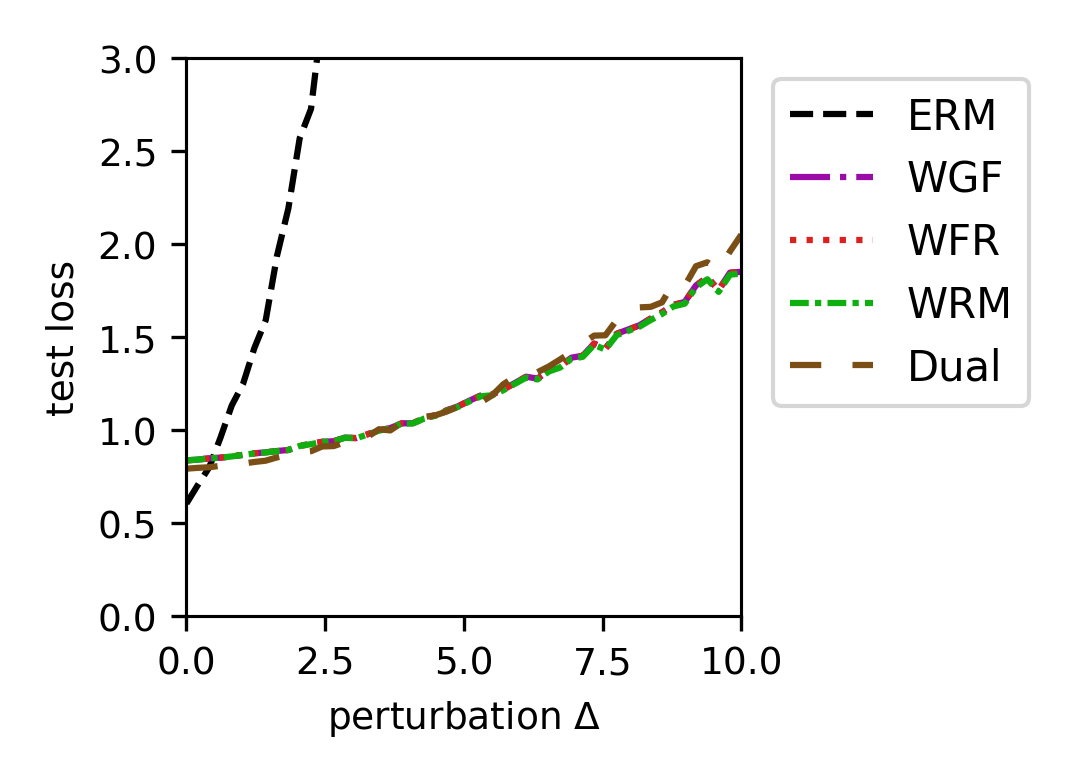
Repository: ZusenXu/GFS-DRO
Script's output: python uncertain_least_squares/uncertain_least_squares.py
The author's editor kept a copy of each file at every save. The script's output is drawn from the files as they stood at one save, then again after the next save.
Random numbers start from a fixed seed.

Above is the script's output before, as saved 2025-09-26 19:44:19.

### uncertain_least_squares/uncertain_least_squares.py
import numpy as np
import matplotlib.pyplot as plt
from scipy.optimize import minimize
from scipy.special import logsumexp

# --- Experiment Setup & Parameter Definitions ---
# Define the problem's dimensions
DIM_M = 10  # Number of rows for matrix A
DIM_N = 10  # Number of columns for matrix A (dimension of theta)

# Define the number of training/test samples
N_TRAIN_SAMPLES = 10
N_TEST_SAMPLES = 1000

# Define the perturbation range for distribution shift
DELTA_MIN = 0.0
DELTA_MAX = 10.0
DELTA_STEPS = 50

# --- DRO Algorithm Hyperparameters ---
N_EPOCHS = 50 # Number of iterations for the outer optimization
LEARNING_RATE = 0.01 # Learning rate for the outer optimization of theta
LAMBDA_VAL = 0.1 # Regularization parameter lambda
EPSILON = 1 # Entropy regularization parameter epsilon
GRAD_CLIP_THRESHOLD = 100.0 # Gradient clipping threshold to prevent explosion

# WGF (Algorithm 3), WFR (Algorithm 4), WRM Specific Parameters
K_INNER_STEPS = 100  # Number of inner loop iterations K
INNER_STEP_SIZE = 0.01 # Inner loop step size eta
WFR_WEIGHT_STEP_SIZE = 0.16 # Step size for weight updates in WFR

# WGF, WFR, RGO Specific Parameters
M_PARTICLES = 8 # Number of particles (samples) used

# Dual Method Specific Parameters
SINKHORN_SAMPLE_LEVEL = 4 # Monte Carlo sampling level for the Dual method

# --- Generate a Fixed Problem Instance ---
np.random.seed(219)
A0 = np.random.randn(DIM_M, DIM_N)
A1 = np.random.randn(DIM_M, DIM_N)
b = np.random.randn(DIM_M)

# --- Data Generation Functions ---
def generate_training_data(n_samples):
    """Generates training data."""
    return np.random.uniform(-0.5, 0.5, n_samples)

def generate_test_data(n_samples, delta):
    """Generates test data with a distributional shift."""
    lower_bound = -0.5 * (1 + delta)
    upper_bound = 0.5 * (1 + delta)
    return np.random.uniform(lower_bound, upper_bound, n_samples)

# --- Core Function Definitions (Vectorized) ---
def loss_function(theta, z):
    """ Computes the loss f_theta(z) for a single sample or a batch of samples z. """
    z = np.atleast_1d(z)
    # A_z shape: (num_z, DIM_M, DIM_N)
    A_z = A0[np.newaxis, :, :] + z[:, np.newaxis, np.newaxis] * A1[np.newaxis, :, :]
    # residual shape: (num_z, DIM_M)
    residual = A_z @ theta - b[np.newaxis, :]
    # loss shape: (num_z,)
    loss = np.sum(residual**2, axis=1) / DIM_M
    return loss.squeeze()

def loss_grad_theta(theta, z):
    """ Computes the gradient of the loss function with respect to theta, nabla_theta f_theta(z), for one or a batch of z. """
    z = np.atleast_1d(z)
    # A_z shape: (num_z, DIM_M, DIM_N)
    A_z = A0[np.newaxis, :, :] + z[:, np.newaxis, np.newaxis] * A1[np.newaxis, :, :]
    # residual shape: (num_z, DIM_M)
    residual = A_z @ theta - b[np.newaxis, :]
    # grad shape: (num_z, DIM_N)
    grad = 2 * (A_z.transpose(0, 2, 1) @ residual[:, :, np.newaxis]).squeeze(axis=2)
    return grad.squeeze()

def loss_grad_z(theta, z):
    """ Computes the gradient of the loss function with respect to z, nabla_z f_theta(z), for one or a batch of z. """
    z = np.atleast_1d(z)
    # A_z shape: (num_z, DIM_M, DIM_N)
    A_z = A0[np.newaxis, :, :] + z[:, np.newaxis, np.newaxis] * A1[np.newaxis, :, :]
    # residual shape: (num_z, DIM_M)
    residual = A_z @ theta - b[np.newaxis, :]
    # grad_A_z is A1 @ theta, shape: (DIM_M,)
    grad_A_z = A1 @ theta
    # grad shape: (num_z,)
    grad = 2 * np.sum(residual * grad_A_z[np.newaxis, :], axis=1)
    return grad.squeeze()

# --- ERM (Empirical Risk Minimization) Implementation ---
def erm_objective_function(theta, xi_samples):
    """ Calculates the ERM objective function value (average loss). """
    return np.mean(loss_function(theta, xi_samples))

def solve_erm(xi_train_samples):
    """ Solves the ERM problem using an optimizer. """
    initial_theta = np.zeros(DIM_N)
    result = minimize(
        erm_objective_function, initial_theta, args=(xi_train_samples,), method='BFGS')
    if not result.success:
        print("Warning: ERM optimization may not have converged.")
    return result.x

# --- MMD-DRO (Maximum Mean Discrepancy DRO) Implementation ---
def imq_kernel_and_grad_numpy(x, y, c=1.0, beta=-0.5):
    """
    Computes the Inverse Multi-Quadric (IMQ) kernel and its gradient w.r.t. x.
    k(x, y) = (c + ||x - y||^2)^beta
    """
    diffs = x[:, np.newaxis, :] - y[np.newaxis, :, :]
    sq_dists = np.sum(diffs**2, axis=2)
    kernel_matrix = (c + sq_dists)**beta
    grad_multiplier = 2 * beta * (c + sq_dists)**(beta - 1)
    grad_k_x = diffs * grad_multiplier[:, :, np.newaxis]
    return kernel_matrix, grad_k_x

def solve_mmd_dro(xi_train_samples):
    """ Solves Sinkhorn DRO using an MMD gradient flow sampler. """
    theta = np.zeros(DIM_N)
    num_train = len(xi_train_samples)

    for epoch in range(N_EPOCHS):
        particles = np.tile(xi_train_samples[:, np.newaxis], (1, M_PARTICLES))
        current_inner_steps = int(max(5, K_INNER_STEPS * (epoch + 1) / N_EPOCHS))

        for _ in range(current_inner_steps):
            particles_flat = particles.flatten()
            loss_grads = loss_grad_z(theta, particles_flat)

            particles_reshaped = particles_flat[:, np.newaxis]
            xi_train_reshaped = xi_train_samples[:, np.newaxis]

            _, grad_K_clone = imq_kernel_and_grad_numpy(particles_reshaped, particles_reshaped)
            mmd_term1 = np.mean(grad_K_clone, axis=1).squeeze()

            _, grad_K_orig = imq_kernel_and_grad_numpy(particles_reshaped, xi_train_reshaped)
            mmd_term2 = np.mean(grad_K_orig, axis=1).squeeze()

            velocity = loss_grads - LAMBDA_VAL * (mmd_term1 - mmd_term2)
            noise = np.random.randn(*particles_flat.shape) * 0.01

            particles_flat = particles_flat + INNER_STEP_SIZE * velocity + noise
            particles = particles_flat.reshape(num_train, M_PARTICLES)

        all_grads = loss_grad_theta(theta, particles.flatten())
        avg_particle_grads = all_grads.reshape(num_train, M_PARTICLES, -1).mean(axis=1)
        total_grad = avg_particle_grads.sum(axis=0)

        avg_grad = total_grad / num_train
        grad_norm = np.linalg.norm(avg_grad)
        if grad_norm > GRAD_CLIP_THRESHOLD:
            avg_grad = avg_grad * GRAD_CLIP_THRESHOLD / grad_norm
        theta -= LEARNING_RATE * avg_grad

    return theta


# --- RGO (Algorithm 2) Implementation (Vectorized) ---
# def solve_rgo(xi_train_samples):
#     """ Solves Sinkhorn DRO using the RGO algorithm. """
#     theta = np.zeros(DIM_N)
#     num_train = len(xi_train_samples)

#     def rgo_inner_objective(z, xi, current_theta):
#         l = loss_function(current_theta, z.flatten()).reshape(z.shape)
#         penalty = (z - xi)**2
#         return -l / (LAMBDA_VAL * EPSILON) + penalty / EPSILON

#     def rgo_inner_objective_grad_z(z, xi, current_theta):
#         grad_l_z = loss_grad_z(current_theta, z)
#         grad_penalty = 2 * (z - xi)
#         return -grad_l_z / (LAMBDA_VAL * EPSILON) + grad_penalty

#     for epoch in range(N_EPOCHS):
#         # Stage 1: Use gradient descent to find z* for all xi simultaneously
#         z_k = xi_train_samples.copy()
#         for _ in range(K_INNER_STEPS):
#             grad = rgo_inner_objective_grad_z(z_k, xi_train_samples, theta)
#             z_k -= INNER_STEP_SIZE * grad
#         z_star_batch = z_k

#         # Stage 2: Vectorized rejection sampling M_PARTICLES times for each xi
#         variance = (LAMBDA_VAL * EPSILON) / (2 * LAMBDA_VAL - RGO_SMOOTHNESS_L)
#         if variance <= 0: variance = 1e-6
#         std_dev = np.sqrt(variance)

#         z_star_expanded = z_star_batch[:, np.newaxis]
#         xi_expanded = xi_train_samples[:, np.newaxis]

#         final_accepted_samples = np.zeros((num_train, M_PARTICLES))
#         active_flags = np.ones((num_train, M_PARTICLES), dtype=bool)

#         for _ in range(100): # Max 100 attempts for vectorization
#             if not np.any(active_flags): break

#             proposals = np.random.normal(0, std_dev, size=(num_train, M_PARTICLES))
#             z_candidates = z_star_expanded + proposals

#             f_val_candidates = rgo_inner_objective(z_candidates, xi_expanded, theta)
#             f_val_star = rgo_inner_objective(z_star_expanded, xi_expanded, theta)

#             log_accept_prob = -f_val_candidates + f_val_star - (proposals**2 / (2*variance))

#             acceptance_mask = np.log(np.random.rand(num_train, M_PARTICLES)) < log_accept_prob
#             newly_accepted = acceptance_mask & active_flags

#             final_accepted_samples[newly_accepted] = z_candidates[newly_accepted]
#             active_flags[newly_accepted] = False

#         if np.any(active_flags):
#             final_accepted_samples[active_flags] = z_star_expanded[active_flags]

#         all_grads = loss_grad_theta(theta, final_accepted_samples.flatten())
#         avg_particle_grads = all_grads.reshape(num_train, M_PARTICLES, -1).mean(axis=1)
#         total_grad = avg_particle_grads.sum(axis=0)

#         avg_grad = total_grad / num_train
#         grad_norm = np.linalg.norm(avg_grad)
#         if grad_norm > GRAD_CLIP_THRESHOLD:
#             avg_grad = avg_grad * GRAD_CLIP_THRESHOLD / grad_norm
#         theta -= LEARNING_RATE * avg_grad

#     return theta

# --- Wasserstein Gradient Flow (WGF) Implementation (Vectorized) ---
def solve_wgf(xi_train_samples):
    """ Solves Sinkhorn DRO using Wasserstein Gradient Flow (WGF). """
    theta = np.zeros(DIM_N)
    num_train = len(xi_train_samples)

    def f_bar_grad_z(z, xi, current_theta):
        grad_f = loss_grad_z(current_theta, z)
        return grad_f - 2 * LAMBDA_VAL * (z - xi)

    for epoch in range(N_EPOCHS):
        particles = np.tile(xi_train_samples[:, np.newaxis], (1, M_PARTICLES))

        for _ in range(K_INNER_STEPS):
            particles_flat = particles.flatten()
            xi_expanded = np.repeat(xi_train_samples, M_PARTICLES)

            grad = f_bar_grad_z(particles_flat, xi_expanded, theta)
            noise = np.random.normal(0, 1, size=particles_flat.shape)

            updated_particles_flat = particles_flat + INNER_STEP_SIZE * grad + np.sqrt(2 * INNER_STEP_SIZE * LAMBDA_VAL * EPSILON) * noise
            particles = updated_particles_flat.reshape(num_train, M_PARTICLES)
            particles = np.clip(particles, -1, 1)

        all_grads = loss_grad_theta(theta, particles.flatten())
        avg_particle_grads = all_grads.reshape(num_train, M_PARTICLES, -1).mean(axis=1)
        total_grad = avg_particle_grads.sum(axis=0)

        avg_grad = total_grad / num_train
        grad_norm = np.linalg.norm(avg_grad)
        if grad_norm > GRAD_CLIP_THRESHOLD:
            avg_grad = avg_grad * GRAD_CLIP_THRESHOLD / grad_norm
        theta -= LEARNING_RATE * avg_grad

    return theta

# --- WFR Flow (Algorithm 4) Implementation (Vectorized) ---
def solve_wfr(xi_train_samples):
    """ Solves Sinkhorn DRO using WFR Flow. """
    theta = np.zeros(DIM_N)
    num_train = len(xi_train_samples)

    def f_bar_grad_z(z, xi, current_theta):
        grad_f = loss_grad_z(current_theta, z)
        return grad_f - 2 * LAMBDA_VAL * (z - xi)

    for epoch in range(N_EPOCHS):
        particles = np.tile(xi_train_samples[:, np.newaxis], (1, M_PARTICLES))
        weights = np.full((num_train, M_PARTICLES), 1.0 / M_PARTICLES)

        for _ in range(K_INNER_STEPS):
            particles_flat = particles.flatten()
            xi_expanded = np.repeat(xi_train_samples, M_PARTICLES)

            grad = f_bar_grad_z(particles_flat, xi_expanded, theta)
            noise = np.random.normal(0, 1, size=particles_flat.shape)
            updated_particles_flat = particles_flat + INNER_STEP_SIZE * grad + np.sqrt(2 * INNER_STEP_SIZE * LAMBDA_VAL * EPSILON) * noise
            particles = updated_particles_flat.reshape(num_train, M_PARTICLES)
            particles = np.clip(particles, -1, 1)

            f_bar_val = loss_function(theta, particles.flatten()).reshape(particles.shape) - LAMBDA_VAL * (particles - xi_train_samples[:, np.newaxis])**2
            weights = (weights**(1 - LAMBDA_VAL * EPSILON * WFR_WEIGHT_STEP_SIZE)) * np.exp(WFR_WEIGHT_STEP_SIZE * f_bar_val)

            sum_weights = np.sum(weights, axis=1, keepdims=True)
            weights /= (sum_weights + 1e-9)

            low_weight_threshold = 1e-3
            low_weight_mask = weights < low_weight_threshold
            rows_with_low_weights = np.any(low_weight_mask, axis=1)

            if np.any(rows_with_low_weights):
                max_weight_indices = np.argmax(weights, axis=1, keepdims=True)
                max_weight_vals = np.take_along_axis(weights, max_weight_indices, axis=1)
                highest_weight_point_data = np.take_along_axis(particles, max_weight_indices, axis=1)

                low_weights_sum = np.sum(weights * low_weight_mask, axis=1, keepdims=True)
                num_low_weights = np.sum(low_weight_mask, axis=1, keepdims=True)

                avg_weight = (max_weight_vals + low_weights_sum) / (num_low_weights + 1.0 + 1e-9)

                max_weight_mask = np.zeros_like(weights, dtype=bool)
                np.put_along_axis(max_weight_mask, max_weight_indices, True, axis=1)

                update_mask = (low_weight_mask | max_weight_mask) & rows_with_low_weights[:, np.newaxis]

                x_update_mask = low_weight_mask & rows_with_low_weights[:, np.newaxis]

                weights = np.where(update_mask, avg_weight, weights)

                particles = np.where(x_update_mask, highest_weight_point_data, particles)

                sum_weights = np.sum(weights, axis=1, keepdims=True)
                weights /= (sum_weights + 1e-9)

        all_grads = loss_grad_theta(theta, particles.flatten()).reshape(num_train, M_PARTICLES, -1)
        weighted_grads = np.sum(weights[:, :, np.newaxis] * all_grads, axis=1)
        total_grad = np.sum(weighted_grads, axis=0)

        avg_grad = total_grad / num_train
        grad_norm = np.linalg.norm(avg_grad)
        if grad_norm > GRAD_CLIP_THRESHOLD:
            avg_grad = avg_grad * GRAD_CLIP_THRESHOLD / grad_norm
        theta -= LEARNING_RATE * avg_grad

    return theta

# --- WRM (Wasserstein Robust Method) Implementation (Vectorized) ---
def solve_wrm(xi_train_samples):
    """ Solves using WRM (deterministic inner optimization). """
    theta = np.zeros(DIM_N)
    num_train = len(xi_train_samples)

    def f_bar_grad_z(z, xi, current_theta):
        grad_f = loss_grad_z(current_theta, z)
        return grad_f - 2 * LAMBDA_VAL * (z - xi)

    for epoch in range(N_EPOCHS):
        z_k = xi_train_samples.copy()
        for _ in range(K_INNER_STEPS):
            grad = f_bar_grad_z(z_k, xi_train_samples, theta)
            z_k += INNER_STEP_SIZE * grad
            z_k = np.clip(z_k, -1, 1)

        total_grad = loss_grad_theta(theta, z_k).sum(axis=0)

        avg_grad = total_grad / num_train
        grad_norm = np.linalg.norm(avg_grad)
        if grad_norm > GRAD_CLIP_THRESHOLD:
            avg_grad = avg_grad * GRAD_CLIP_THRESHOLD / grad_norm
        theta -= LEARNING_RATE * avg_grad

    return theta

# --- Dual Method Implementation (Vectorized) ---
def solve_dual(xi_train_samples):
    """ Solves Sinkhorn DRO using the dual method. """
    theta = np.zeros(DIM_N)
    num_train = len(xi_train_samples)

    levels = np.arange(SINKHORN_SAMPLE_LEVEL + 1)
    numerators = 2.0**(-levels)
    denominator = 2.0 - 2.0**(-SINKHORN_SAMPLE_LEVEL)
    probabilities = numerators / denominator

    for _ in range(N_EPOCHS):
        sampled_level = np.random.choice(levels, p=probabilities)
        m = 2**sampled_level

        noise = np.random.randn(num_train, m) * np.sqrt(EPSILON)
        z_samples = xi_train_samples[:, np.newaxis] + noise

        v = loss_function(theta, z_samples.flatten()).reshape(num_train, m) / (LAMBDA_VAL * EPSILON)

        v_max = np.max(v, axis=1, keepdims=True)
        weights = np.exp(v - v_max)
        weights /= np.sum(weights, axis=1, keepdims=True)

        grads = loss_grad_theta(theta, z_samples.flatten()).reshape(num_train, m, -1)
        weighted_grads = np.sum(weights[:, :, np.newaxis] * grads, axis=1)
        total_grad = np.sum(weighted_grads, axis=0)

        avg_grad = total_grad / num_train
        grad_norm = np.linalg.norm(avg_grad)
        if grad_norm > GRAD_CLIP_THRESHOLD:
            avg_grad = avg_grad * GRAD_CLIP_THRESHOLD / grad_norm
        theta -= LEARNING_RATE * avg_grad

    return theta

# --- Experiment Execution and Evaluation ---
def run_experiment():
    """ Executes the complete experimental procedure. """
    xi_train = generate_training_data(N_TRAIN_SAMPLES)

    print("Solving ERM model...")
    theta_erm = solve_erm(xi_train)
    # print("Solving RGO model...")
    # theta_rgo = solve_rgo(xi_train)
    print("Solving WGF model...")
    np.random.seed(42)
    theta_wgf = solve_wgf(xi_train)
    print("Solving WFR model...")
    np.random.seed(42)
    theta_wfr = solve_wfr(xi_train)
    print("Solving WRM model...")
    theta_wrm = solve_wrm(xi_train)
    print("Solving Dual model...")
    np.random.seed(42)
    theta_dual = solve_dual(xi_train)
    # print("Solvinh MMD model...")
    # theta_mmd_dro = solve_mmd_dro(xi_train)
    print("All models solved.")

    delta_values = np.linspace(DELTA_MIN, DELTA_MAX, DELTA_STEPS)
    results = {'ERM': [], 'WGF': [], 'WFR': [], 'WRM': [], 'Dual': []} #, 'MMD': []
    models = {
        'ERM': theta_erm,  'WGF': theta_wgf,
        'WFR': theta_wfr, 'WRM': theta_wrm, 'Dual': theta_dual#, 'MMD': theta_mmd_dro
    }

    print("Evaluating all models...")
    for delta in delta_values:
        xi_test = generate_test_data(N_TEST_SAMPLES, delta)
        for name, theta in models.items():
            test_loss = erm_objective_function(theta, xi_test)
            results[name].append(test_loss)

    print("Evaluation complete.")
    return delta_values, results

# --- Results Visualization ---
def plot_results(delta_values, results):
    """ Plots the loss curves for all models against the perturbation delta. """
    fig, ax = plt.subplots(figsize=(3.6, 2.613), dpi=300)

    styles = {
        'ERM': {'color': 'k', 'linestyle': '--'},
        'RGO': {'color': '#9467bd', 'linestyle': '-'},
        'WGF': {'color': "#9a0ba7", 'linestyle': '-.'},
        'WFR': {'color': "#db2020", 'linestyle': ':'},
        'WRM': {'color': "#0eaf0e", 'linestyle': (0, (3, 1, 1, 1))},
        'Dual': {'color': "#7A4E15", 'linestyle': (0, (5, 5))},
        'MMD': {'color': "#f19317", 'linestyle': (0, (1, 1))}
    }

    for name, losses in results.items():
        ax.plot(delta_values, losses, linewidth=1.5, label=name, **styles[name])

    #ax.set_title('(a) Uncertain least squares loss', fontsize=11)
    ax.set_xlabel(r'perturbation $\Delta$', fontsize=9)
    ax.set_ylabel('test loss', fontsize=9)
    ax.tick_params(axis='both', which='major', labelsize=9)
    for spine in ax.spines.values():
        spine.set_linewidth(0.75)
    ax.set_xlim(0, 10)
    ax.set_ylim(0, 3)
    ax.grid(False)
    ax.legend(fontsize=10)
    ax.legend(loc='upper left', bbox_to_anchor=(1.02, 1))
    plt.tight_layout()
    plt.savefig('uncertain_least_squares_results.pdf', dpi=300)
    plt.show()

# --- Main Program Entry ---
if __name__ == '__main__':
    with np.errstate(all='ignore'):
        delta_vals, all_results = run_experiment()
        plot_results(delta_vals, all_results)

After the next save:
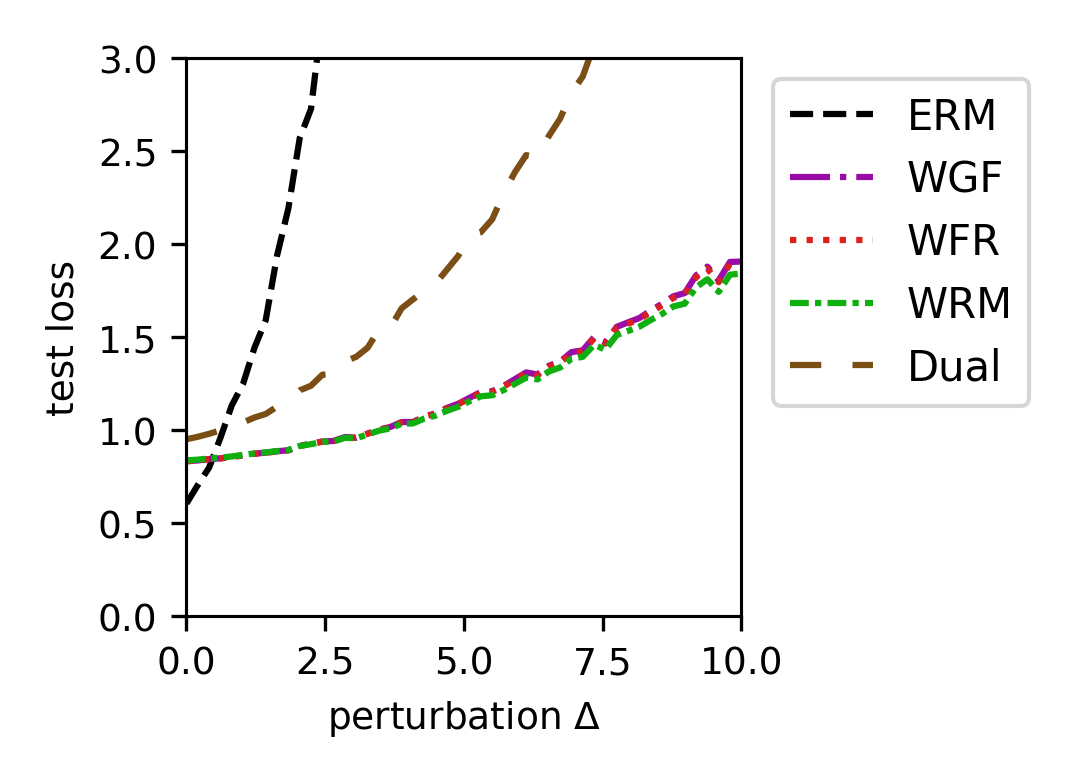
Saved 3 min 5 s later.
--- a/uncertain_least_squares/uncertain_least_squares.py
+++ b/uncertain_least_squares/uncertain_least_squares.py
@@ -21,7 +21,7 @@ DELTA_STEPS = 50
 N_EPOCHS = 50 # Number of iterations for the outer optimization
 LEARNING_RATE = 0.01 # Learning rate for the outer optimization of theta
 LAMBDA_VAL = 0.1 # Regularization parameter lambda
-EPSILON = 1 # Entropy regularization parameter epsilon
+EPSILON = 3 # Entropy regularization parameter epsilon
 GRAD_CLIP_THRESHOLD = 100.0 # Gradient clipping threshold to prevent explosion
 
 # WGF (Algorithm 3), WFR (Algorithm 4), WRM Specific Parameters
